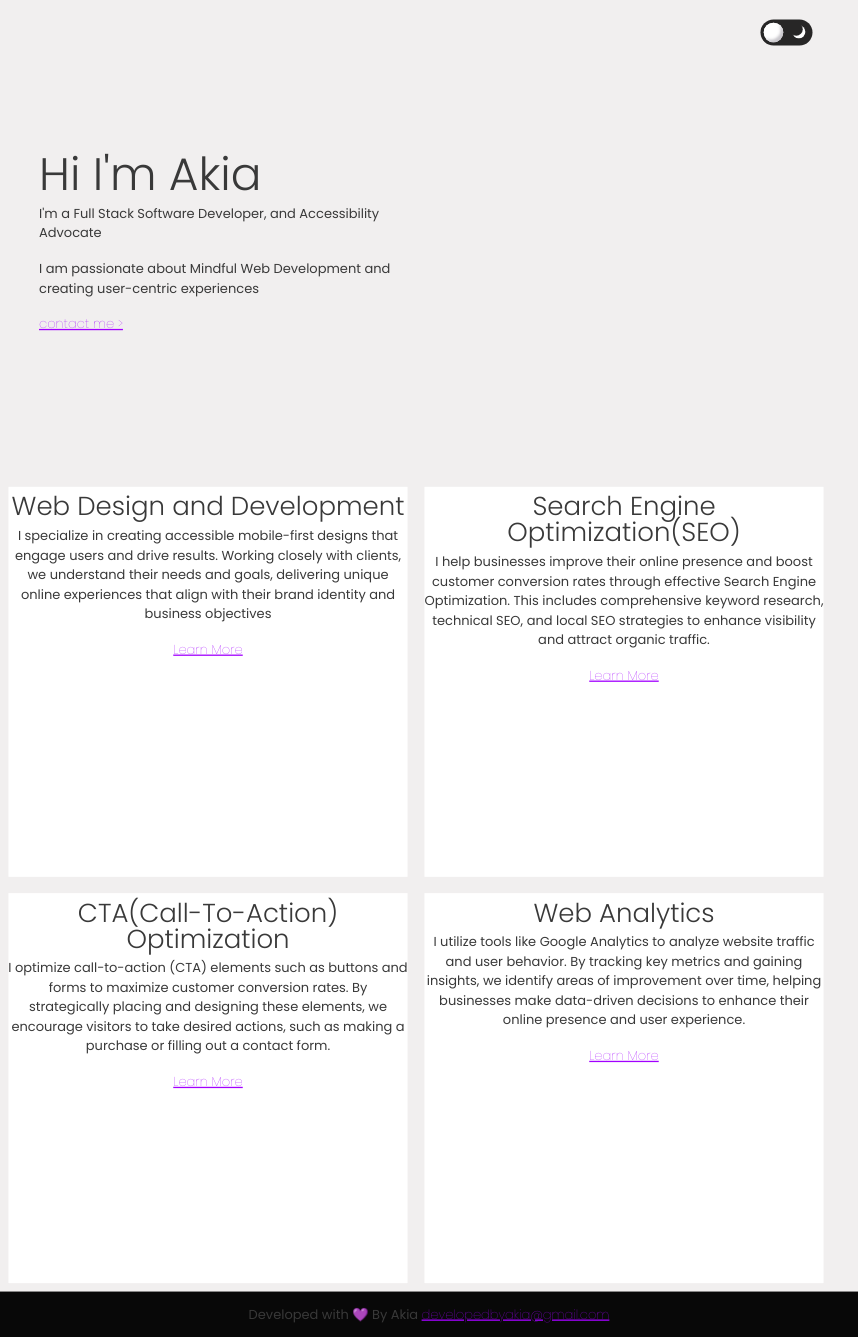
Repository: akiachenise/akiachenise.github.io
Page: index.html
An editor plug-in stored every save of this project. The page is shown before and after the next save, followed by the edit.
The browser window is 1280 px wide. The page is 1320 px wide, so the pictures cover 1320 px, including what lies to the right of the window. The pictures show the whole page, at 65% of full size.

Above is the page before, as saved 2023-06-09 08:12:06.

After the next save:
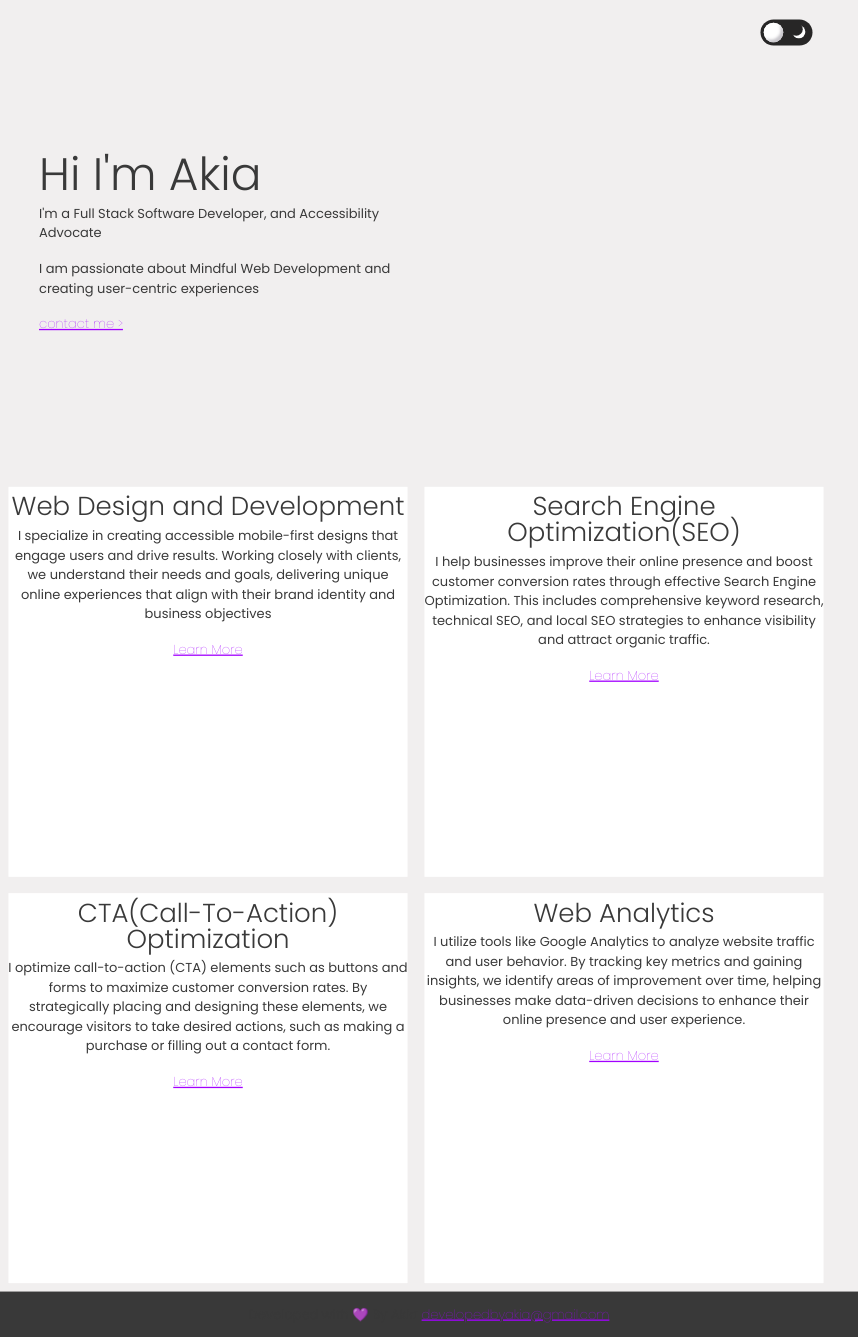
Saved 118 s later.
--- a/css/styles.css
+++ b/css/styles.css
@@ -254,7 +254,7 @@ header {
 
 
 footer {
-    background-color: rgb(8, 8, 8);
+    background-color: rgb(57, 57, 57);
     width: 100%;
     padding: 20px;
     display: flex;
